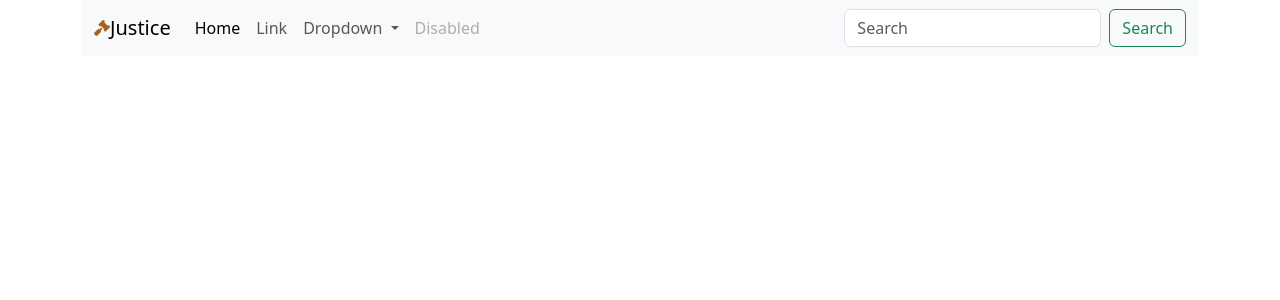
Repository: sadiaafsana138/justice
Page: index.html
An editor plug-in stored every save of this project. The page is shown before and after the next save, followed by the edit.
The browser window is 1280 px wide. The pictures show the whole page.
Some web libraries are served in a nearby version.

Above is the page before, as saved 2023-01-25 15:59:37.

### index.html
<!DOCTYPE html>
<html lang="en">
<head>
    <meta charset="UTF-8">
    <meta http-equiv="X-UA-Compatible" content="IE=edge">
    <meta name="viewport" content="width=device-width, initial-scale=1.0">
    <title>
        Justice
    </title>
    <link href="https://cdn.jsdelivr.net/npm/bootstrap@5.3.0-alpha1/dist/css/bootstrap.min.css" rel="stylesheet" integrity="sha384-GLhlTQ8iRABdZLl6O3oVMWSktQOp6b7In1Zl3/Jr59b6EGGoI1aFkw7cmDA6j6gD" crossorigin="anonymous">
    <script src="https://kit.fontawesome.com/9557e238b6.js" crossorigin="anonymous"></script>
    <link rel="stylesheet" href="css/Styles.css">
</head>
<body>

    <header class="container-lg">
        <nav class="navbar navbar-expand-lg bg-body-tertiary">
            <div class="container-fluid ">
            <i class="fa-solid fa-gavel primary-color"></i>
              <a class="navbar-brand" href="#">Justice</a>
              <button class="navbar-toggler" type="button" data-bs-toggle="collapse" data-bs-target="#navbarSupportedContent" aria-controls="navbarSupportedContent" aria-expanded="false" aria-label="Toggle navigation">
                <span class="navbar-toggler-icon"></span>
              </button>
              <div class="collapse navbar-collapse" id="navbarSupportedContent">
                <ul class="navbar-nav me-auto mb-2 mb-lg-0">
                  <li class="nav-item">
                    <a class="nav-link active" aria-current="page" href="#">Home</a>
                  </li>
                  <li class="nav-item">
                    <a class="nav-link" href="#">Link</a>
                  </li>
                  <li class="nav-item dropdown">
                    <a class="nav-link dropdown-toggle" href="#" role="button" data-bs-toggle="dropdown" aria-expanded="false">
                      Dropdown
                    </a>
                    <ul class="dropdown-menu">
                      <li><a class="dropdown-item" href="#">Action</a></li>
                      <li><a class="dropdown-item" href="#">Another action</a></li>
                      <li><hr class="dropdown-divider"></li>
                      <li><a class="dropdown-item" href="#">Something else here</a></li>
                    </ul>
                  </li>
                  <li class="nav-item">
                    <a class="nav-link disabled">Disabled</a>
                  </li>
                </ul>
                <form class="d-flex" role="search">
                  <input class="form-control me-2" type="search" placeholder="Search" aria-label="Search">
                  <button class="btn btn-outline-success" type="submit">Search</button>
                </form>
              </div>
            </div>
          </nav>
    </header>
    <main>

    </main>
    <footer>

    </footer>

    <script src="https://cdn.jsdelivr.net/npm/bootstrap@5.3.0-alpha1/dist/js/bootstrap.bundle.min.js" integrity="sha384-w76AqPfDkMBDXo30jS1Sgez6pr3x5MlQ1ZAGC+nuZB+EYdgRZgiwxhTBTkF7CXvN" crossorigin="anonymous"></script>

</body>
</html>

### css/Styles.css
.primary-color{
    color: rgb(167, 100, 25);
}

After the next save:
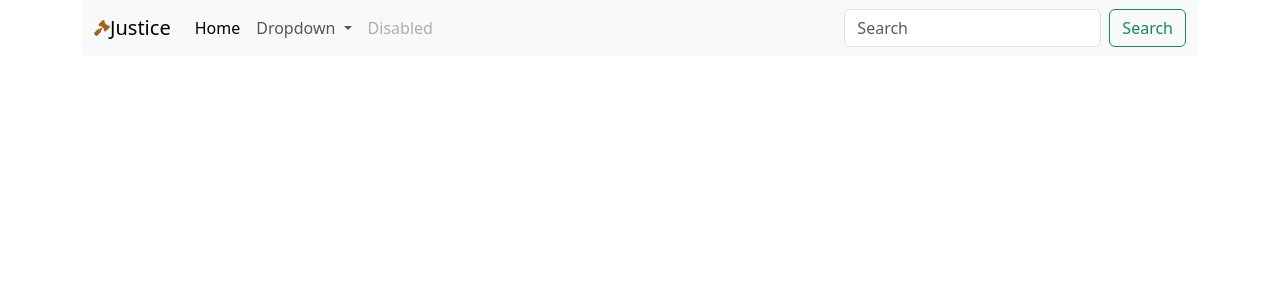
Saved 4 min 53 s later.
--- a/index.html
+++ b/index.html
@@ -16,7 +16,9 @@
     <header class="container-lg">
         <nav class="navbar navbar-expand-lg bg-body-tertiary">
             <div class="container-fluid ">
-            <i class="fa-solid fa-gavel primary-color"></i>
+            <!--JUSTICE ICON-->
+             <i class="fa-solid fa-gavel primary-color"></i>
+            <!--NAVBAR HEADING-->
               <a class="navbar-brand" href="#">Justice</a>
               <button class="navbar-toggler" type="button" data-bs-toggle="collapse" data-bs-target="#navbarSupportedContent" aria-controls="navbarSupportedContent" aria-expanded="false" aria-label="Toggle navigation">
                 <span class="navbar-toggler-icon"></span>
@@ -25,9 +27,6 @@
                 <ul class="navbar-nav me-auto mb-2 mb-lg-0">
                   <li class="nav-item">
                     <a class="nav-link active" aria-current="page" href="#">Home</a>
-                  </li>
-                  <li class="nav-item">
-                    <a class="nav-link" href="#">Link</a>
                   </li>
                   <li class="nav-item dropdown">
                     <a class="nav-link dropdown-toggle" href="#" role="button" data-bs-toggle="dropdown" aria-expanded="false">
